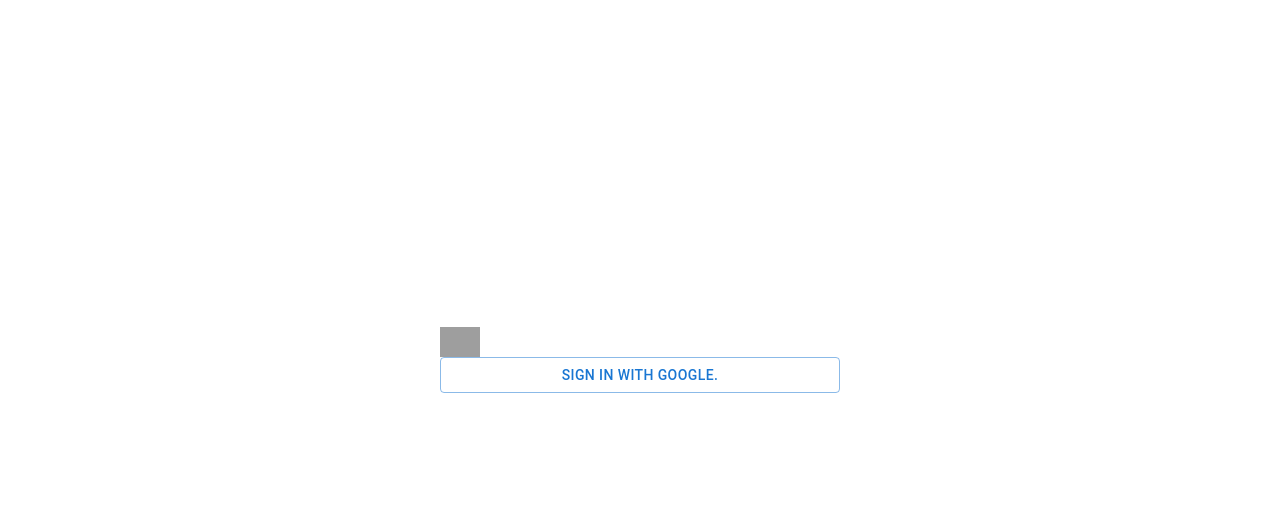
Repository: Qu4ntumGuy/just-text
Page: /
An editor plug-in stored every save of this project. The page is shown before and after the next save, followed by the edit.
The browser window is 1280 px wide. The pictures show the whole page.
Pictures or frames that could not be fetched are drawn as grey boxes. The project was rebuilt for these pictures with package versions that can differ from the ones it lists, and the page was loaded fresh each time. The framework's server and built-in components were replaced by stand-ins that run in the browser. Also part of the build but not shown: next.config.js, Components/Sidebar.js.

Above is the page before, as saved 2022-08-14 16:04:26.

After the next save:
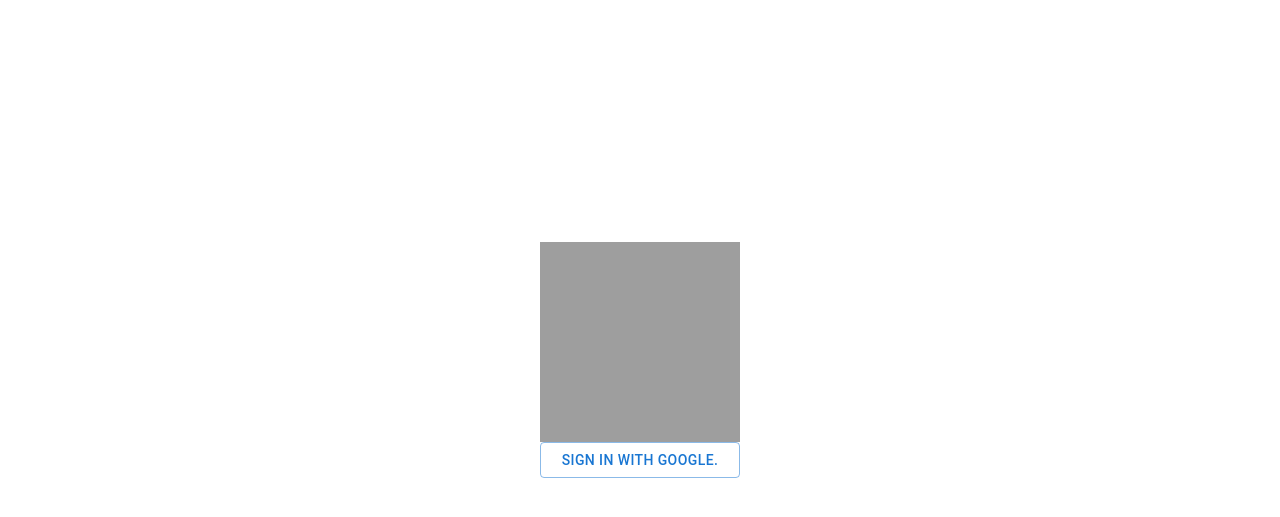
Saved 19 s later.
--- a/pages/Login.js
+++ b/pages/Login.js
@@ -31,6 +31,6 @@
 `;
 
 const Logo = styled.img`
-height: 10%;
-width: 10%;
+height: 200px;
+width: 200px;
 `;
